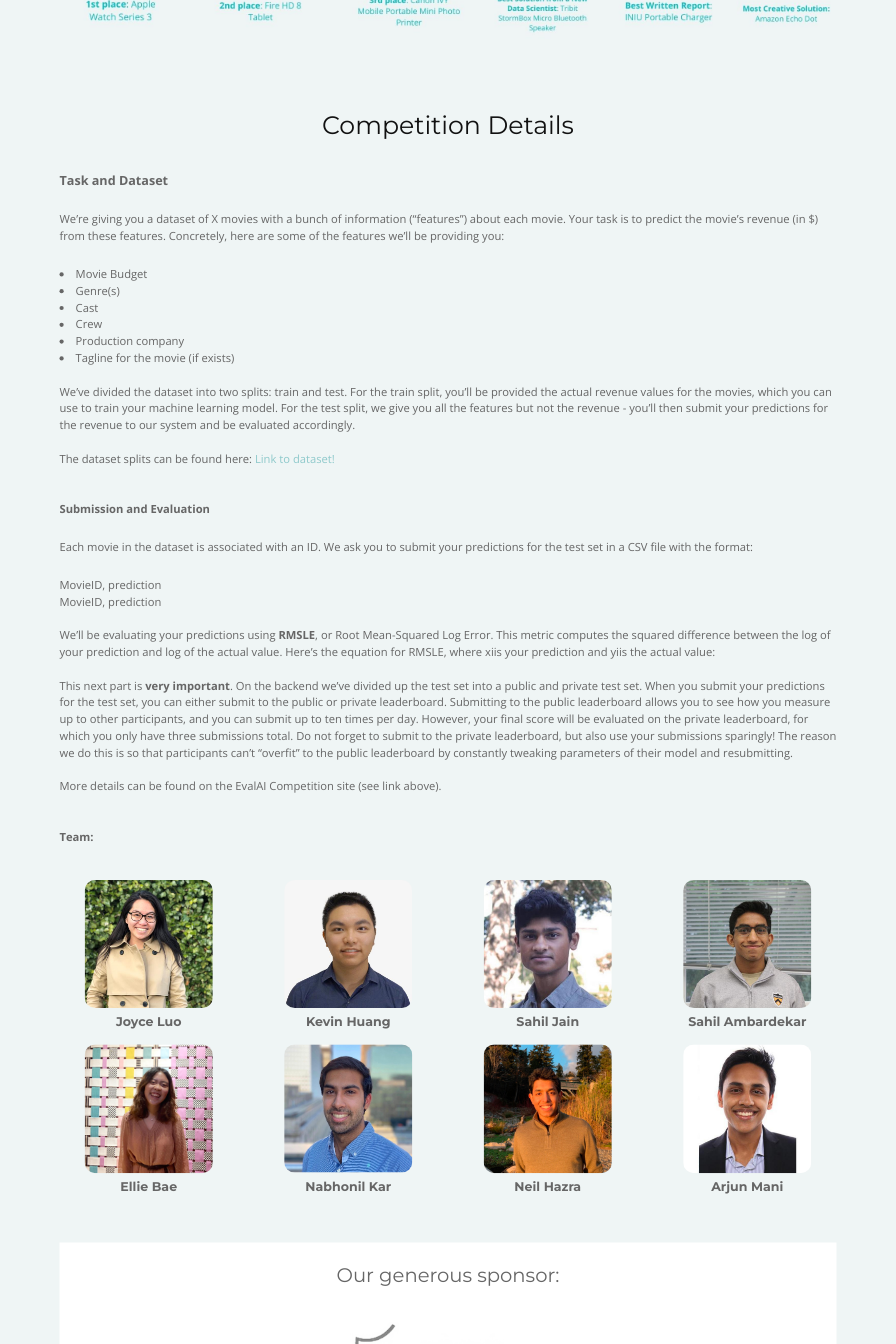
Repository: princetonds/princetonds.github.io
Page: competition.html
These files come from the project's save history. The page is drawn as it stood at one moment and after the next save; the edit follows.
The browser window is 1280 px wide. The pictures show the part of the page from y = 980 to 2900 px (the page is 3455 px tall before and 3465 px after), at 70% of full size.

Above is the page before, as saved 2021-03-21 15:54:35.
Console error: TypeError: Cannot read properties of null (reading 'innerHTML')

After the next save:
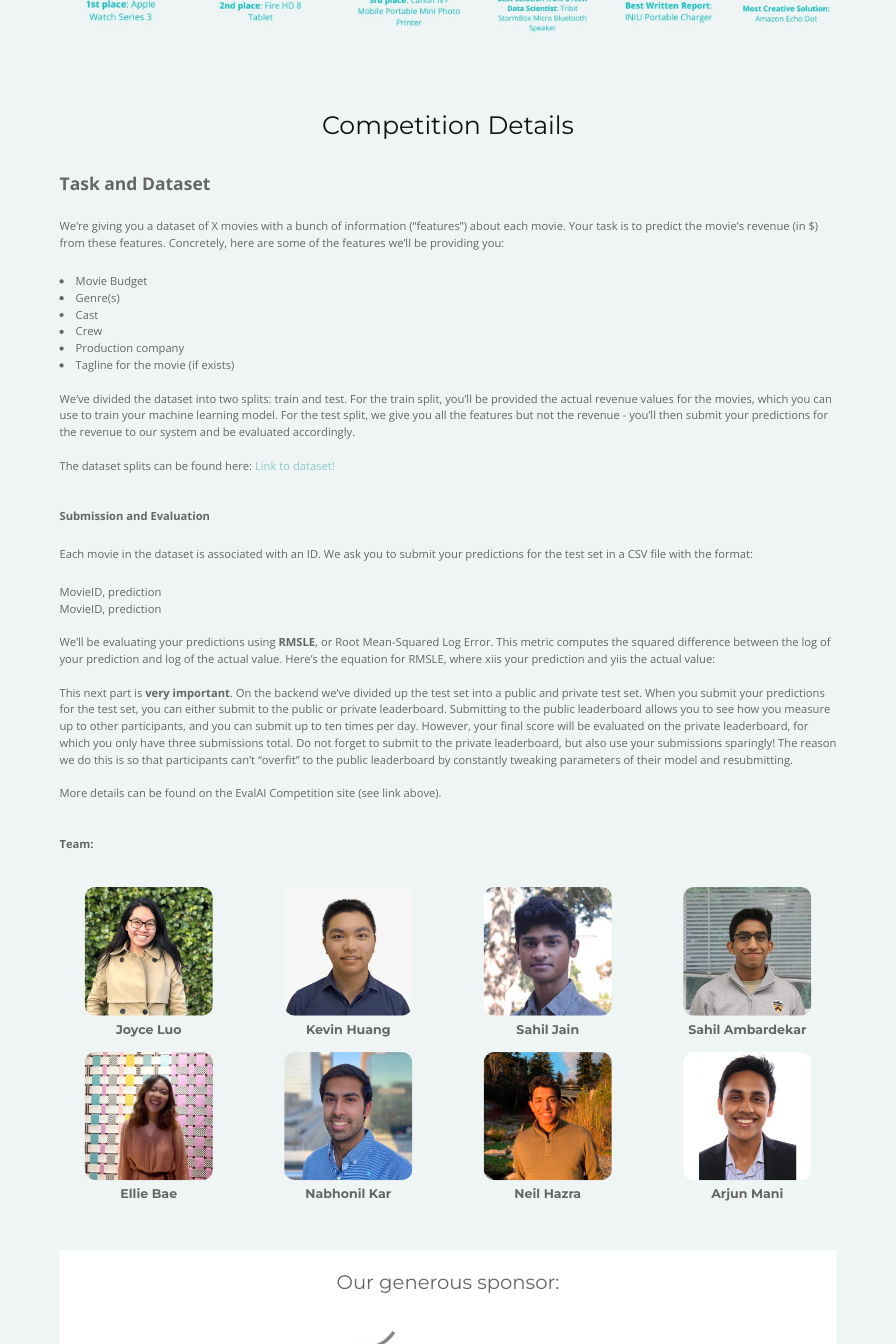
Saved 9 s later.
--- a/competition.html
+++ b/competition.html
@@ -143,7 +143,7 @@
       <div class="section-header">
         <h3 class="section-title" style="font-size: 36px;">Competition Details</h3>
             <br>
-            <p><strong style="font-size: 18px;">Task and Dataset</strong></p>
+            <p><strong style="font-size: 25px;">Task and Dataset</strong></p>
             <p>
               We’re giving you a dataset of X movies with a bunch of information (“features”) about each movie. Your task is to predict the movie’s revenue (in $) from these features. Concretely, here are some of the features we’ll be providing you:
             </p>
